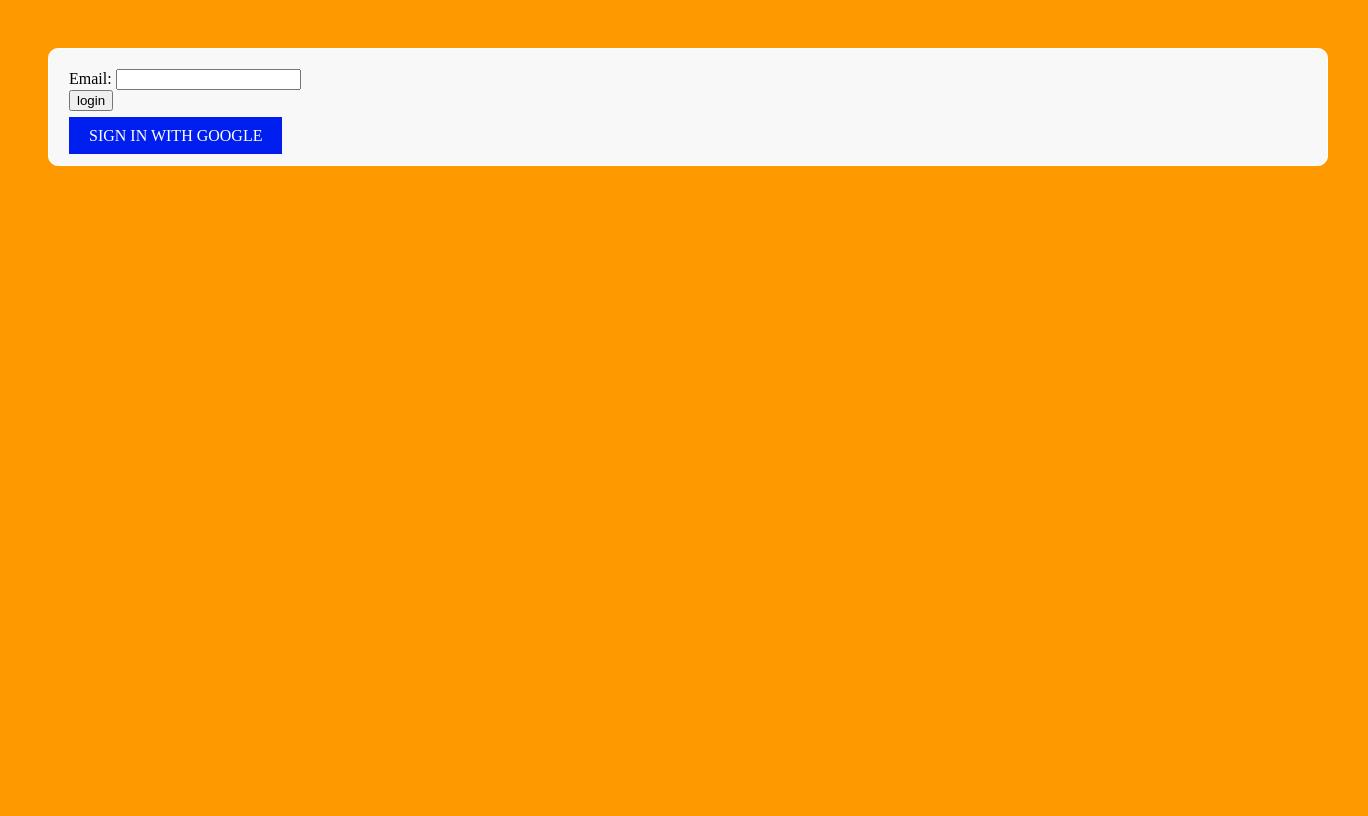
Repository: TharanyaM/Adaptavant--project
Page: Project/war/index.html
An editor plug-in stored every save of this project. The page is shown before and after the next save, followed by the edit.
The browser window is 1280 px wide. The page is 1368 px wide, so the pictures cover 1368 px, including what lies to the right of the window. The pictures show the whole page.
The pointer rests on the first visible `div.login-container a.signin`.

Above is the page before, as saved 2015-10-23 21:01:54.

### Project/war/index.html
<!DOCTYPE HTML PUBLIC "-//W3C//DTD HTML 4.01 Transitional//EN">
<!-- The HTML 4.01 Transitional DOCTYPE declaration-->
<!-- above set at the top of the file will set     -->
<!-- the browser's rendering engine into           -->
<!-- "Quirks Mode". Replacing this declaration     -->
<!-- with a "Standards Mode" doctype is supported, -->
<!-- but may lead to some differences in layout.   -->

<html>
  <head>
    <meta http-equiv="content-type" content="text/html; charset=UTF-8">
    <link href="style/style.css" rel="stylesheet">
    <title>Hello</title>
  </head>

  <body>
   <body>
   <div class="login-container">
		<form action="pro" method="post" name="form1">
			<label>Email:</label>
			 <input name="email" id="email" type="text"> <br>

			 <input type="submit" value="login">
		</form>
		<a href="oaut.jsp" class="signin">SIGN IN WITH GOOGLE</a>
	</div>
</body>
  </body>
</html>

### Project/war/style/style.css
@CHARSET "ISO-8859-1";

body {
	padding:40px;
	width:100%;
	height:100%;
	background-color:#F90;
}

div.login-container {
	background-color:#f8f8f8;
	border:thin #fff solid;
	border-radius:10px;
	color:#000;
	padding:20px;
}

div.login-container a.signin
{
	padding:10px;
	padding-left:20px;
	padding-right:20px;
	color:#fff;
	background-color:#0010f6;
	text-decoration:none;
}

div.login-container a.signin:hover
{
	padding:10px;
	padding-left:20px;
	padding-right:20px;
	color:#fff;
	background-color:#001fef;
	text-decoration:none;
}

After the next save:
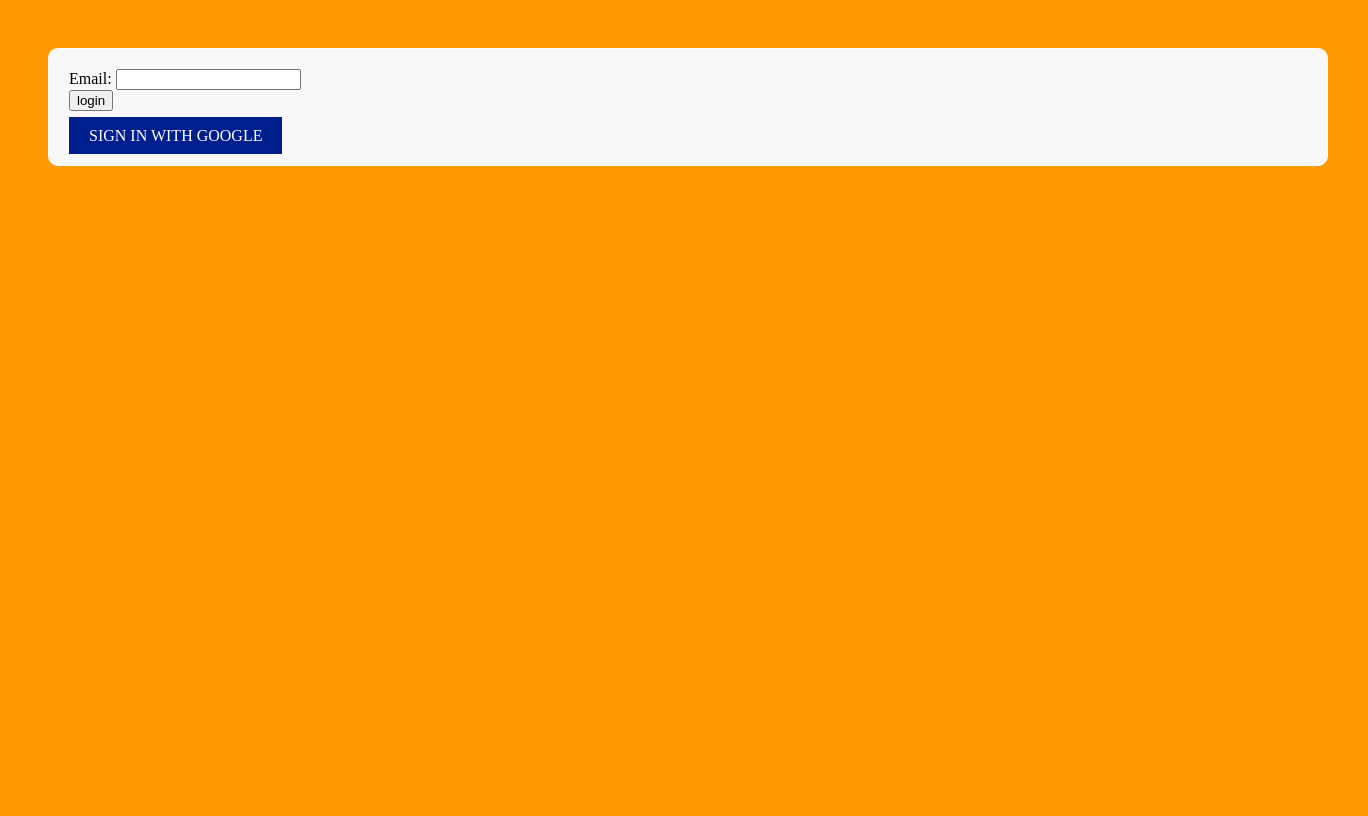
Saved 4 s later.
--- a/Project/war/style/style.css
+++ b/Project/war/style/style.css
@@ -31,6 +31,6 @@ div.login-container a.signin:hover
 	padding-left:20px;
 	padding-right:20px;
 	color:#fff;
-	background-color:#001fef;
+	background-color:#001f8f;
 	text-decoration:none;
 }
